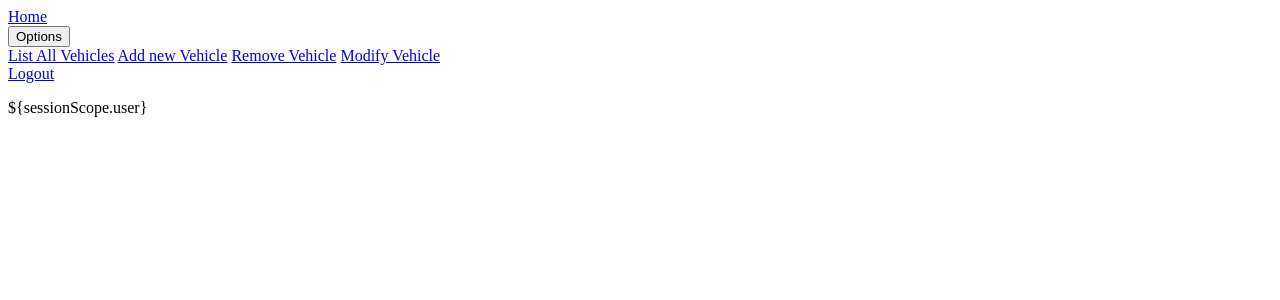
Repository: kensevv/nevexisDemos
Page: Car_Rental_Management_System/src/main/webapp/htmlTemplates/navigationBar.html
These files come from the project's save history. The page is drawn as it stood at one moment and after the next save; the edit follows.
The browser window is 1280 px wide. The pictures show the whole page.

Above is the page before, as saved 2021-03-26 09:42:19.

### Car_Rental_Management_System/src/main/webapp/htmlTemplates/navigationBar.html
<div class="navbar">
		<a href="home.jsp">Home</a>
		<div class="dropdown">
			<button class="dropbtn">
				Options <i class="fa fa-caret-down"></i>
			</button>
			<div class="dropdown-content">
				<a href="list">List All Vehicles</a>
				<a href="VehicleForm.jsp">Add new Vehicle</a>
				<a href="removeForm">Remove Vehicle</a>
				<a href="edit">Modify Vehicle</a>
			</div>
		</div>
		<a href="login.jsp">Logout</a>
		<p id = "userInformation"> ${sessionScope.user} <p>
	</div>

After the next save:
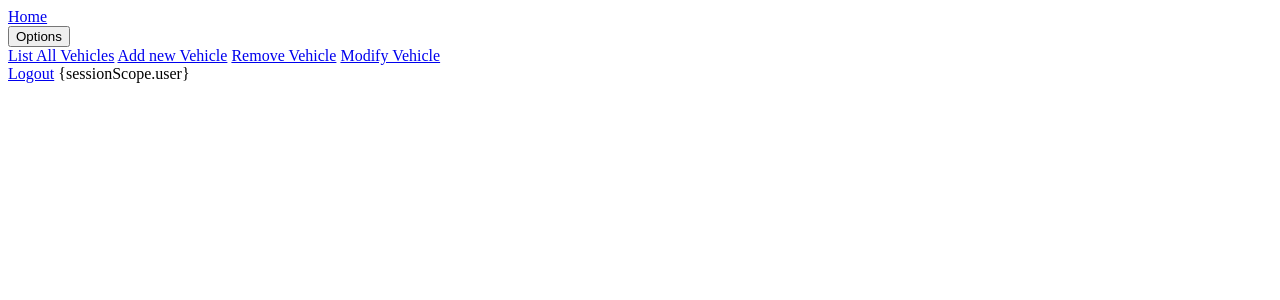
Saved 2 min 11 s later.
--- a/Car_Rental_Management_System/src/main/webapp/htmlTemplates/navigationBar.html
+++ b/Car_Rental_Management_System/src/main/webapp/htmlTemplates/navigationBar.html
@@ -12,5 +12,5 @@
 			</div>
 		</div>
 		<a href="login.jsp">Logout</a>
-		<p id = "userInformation"> ${sessionScope.user} <p>
+		<a >{sessionScope.user}</a>
 	</div>
